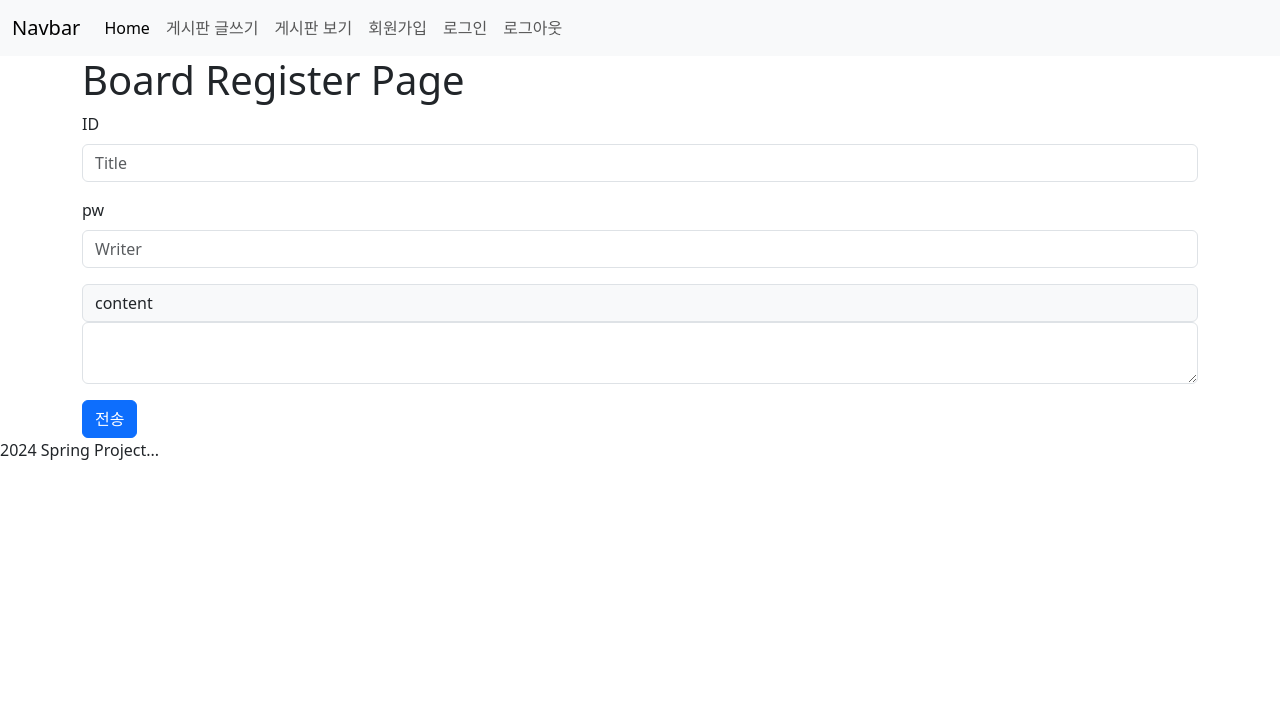
Repository: leegangjin/springTest240430
Page: http://localhost/spring_study/WEB-INF/views/member/register.jsp
The author's editor kept a copy of each file at every save. The page is drawn from the files as they stood at one save, then again after the next save.
The browser window is 1280 px wide. The pictures show the whole page.
The page is served by Tomcat 9. Nobody is signed in. The template is opened directly, without the code that normally fills it, so the values that code supplies are empty.

Above is the page before, as saved 2024-04-25 05:50:55.

After the next save:
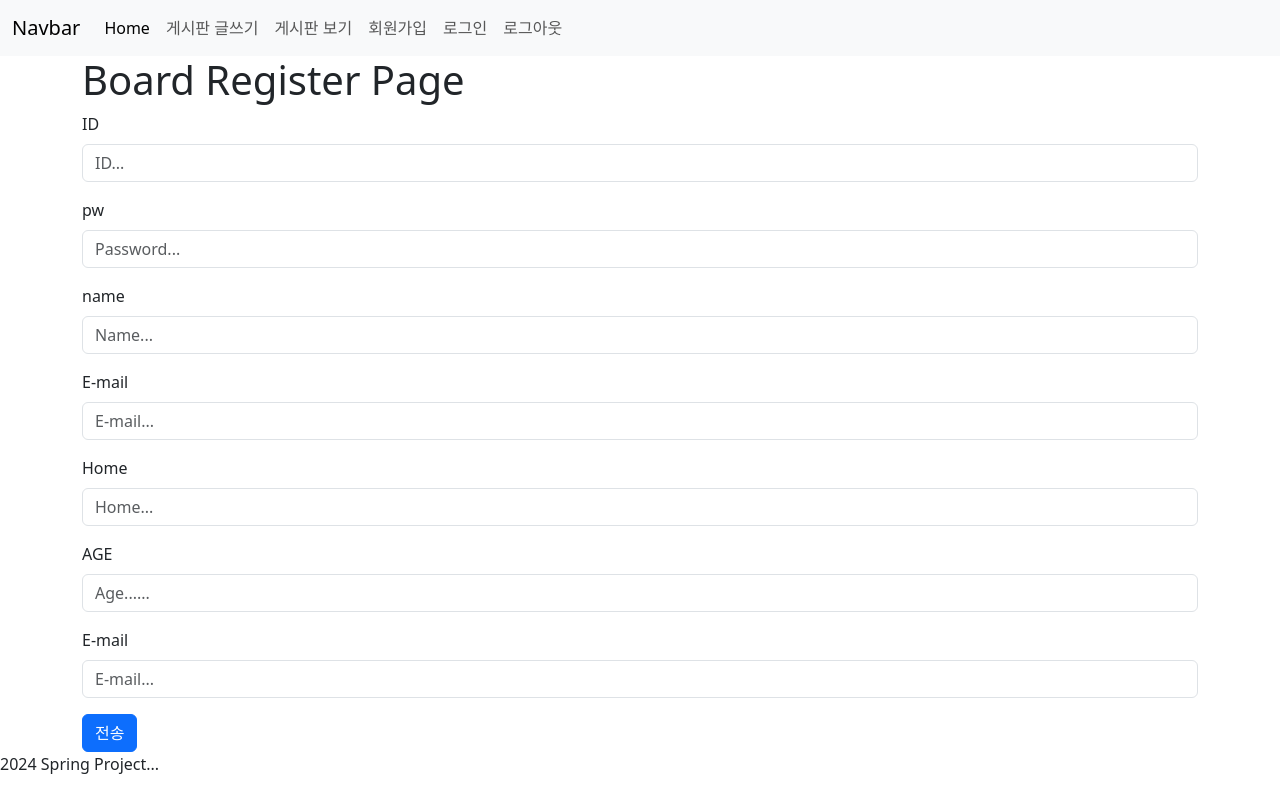
Saved 2 min 43 s later.
--- a/spring_study/src/main/webapp/WEB-INF/views/member/register.jsp
+++ b/spring_study/src/main/webapp/WEB-INF/views/member/register.jsp
@@ -8,18 +8,39 @@
 		<div class="mb-3">
 			<label for="i" class="form-label">ID</label> <input
 				type="text" class="form-control" name="id" id="i"
-				placeholder="Title">
+				placeholder="ID...">
 		</div>
 		<div class="mb-3">
 			<label for="p" class="form-label">pw</label>
 			<input type="password" class="form-control" name="pw" id="p"
-				placeholder="Writer">
+				placeholder="Password...">
 		</div>
 		<div class="mb-3">
-			<label class="input-group-text">content</label>
-			<textarea class="form-control" name="content"
-				aria-label="With textarea"></textarea>
+			<label for="n" class="form-label">name</label>
+			<input type="text" class="form-control" name="name" id="n"
+				placeholder="Name...">
 		</div>
+		<div class="mb-3">
+			<label for="e" class="form-label">E-mail</label>
+			<input type="text" class="form-control" name="email" id="e"
+				placeholder="E-mail...">
+		</div>
+		<div class="mb-3">
+			<label for="h" class="form-label">Home</label>
+			<input type="text" class="form-control" name="home" id="h"
+				placeholder="Home...">
+		</div>
+		<div class="mb-3">
+			<label for="a" class="form-label">AGE</label>
+			<input type="text" class="form-control" name="age" id="a"
+				placeholder="Age......">
+		</div>
+		<div class="mb-3">
+			<label for="e" class="form-label">E-mail</label>
+			<input type="text" class="form-control" name="email" id="e"
+				placeholder="E-mail...">
+		</div>
+
 		<button type="submit" class="btn btn-primary">전송</button>
 	</form>
 </div>
